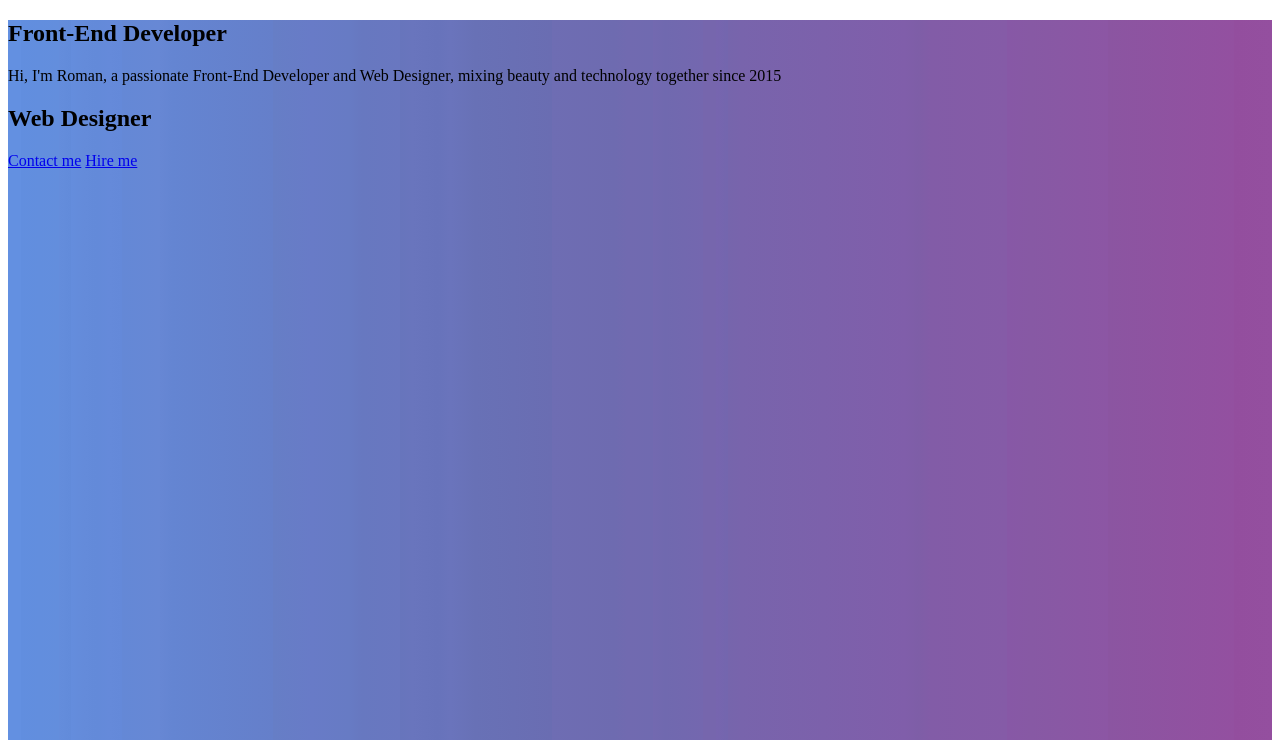
Repository: RShalman/rshalman.github.io
Page: index.html
These files come from the project's save history. The page is drawn as it stood at one moment and after the next save; the edit follows.
The browser window is 1280 px wide. The pictures show the whole page.

Above is the page before, as saved 2018-10-18 13:37:44.

After the next save:
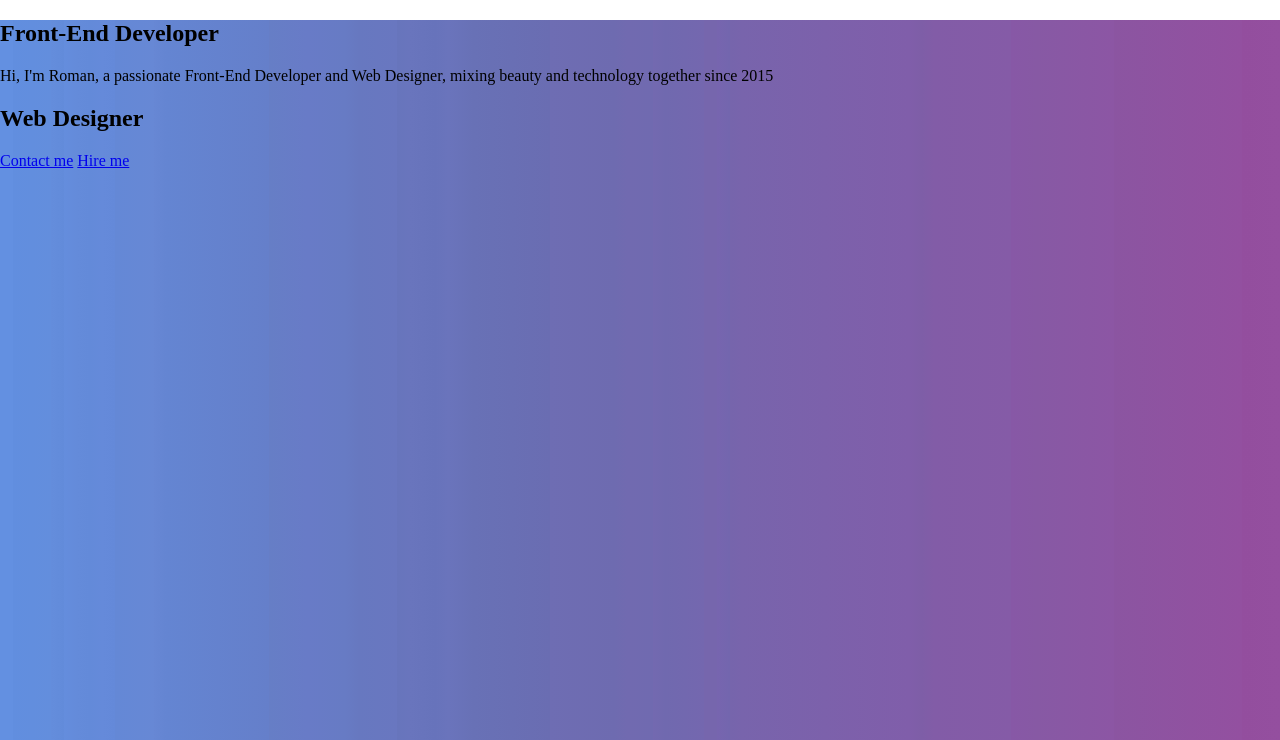
Saved 34 s later.
--- a/css/main.css
+++ b/css/main.css
@@ -2,6 +2,10 @@
 
 
 /* ----------------------- GENERAL SETTINGS ----------------------- */
+body, main {
+    margin: 0;
+}
+
 section {
     min-height: 100vh;
 }
